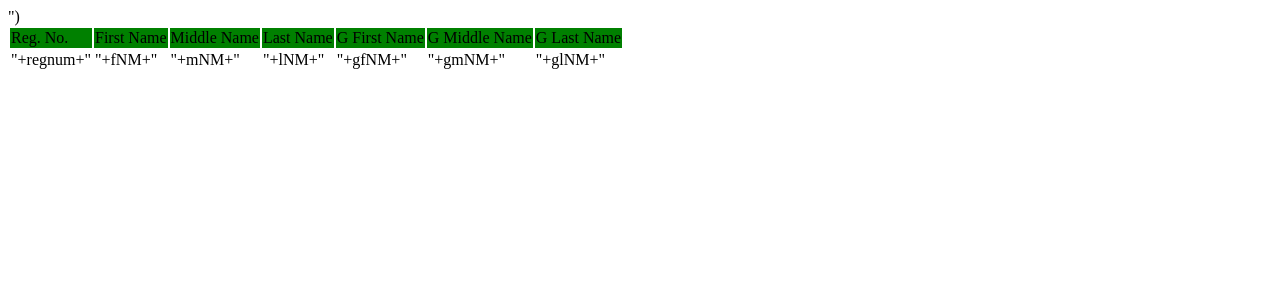
Repository: vishaldhardubey/Java-Programs-BridgeIT
Page: Maven/StudentInfoApplication/WebContent/studentinfo.html
These files come from the project's save history. The page is drawn as it stood at one moment and after the next save; the edit follows.
The browser window is 1280 px wide. The pictures show the whole page.

Above is the page before, as saved 2018-06-21 12:14:08.

After the next save:
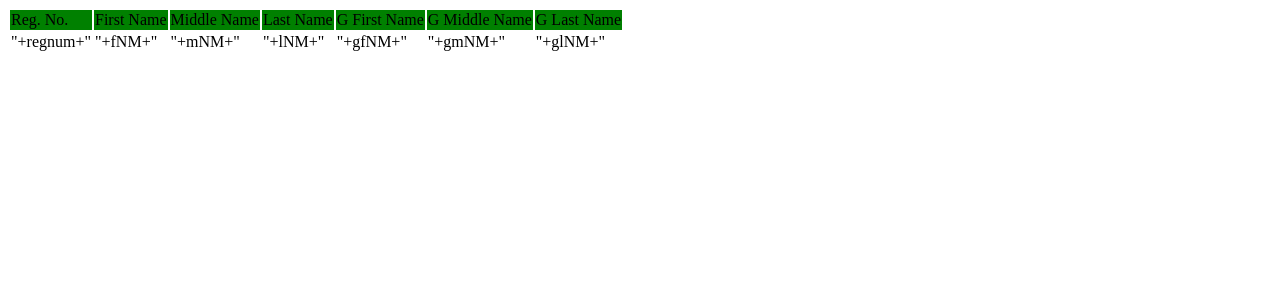
Saved 65 s later.
--- a/Maven/StudentInfoApplication/WebContent/studentinfo.html
+++ b/Maven/StudentInfoApplication/WebContent/studentinfo.html
@@ -5,7 +5,7 @@
 <title>Insert title here</title>
 </head>
 <body>
-<table>")
+<table>
 	<tr bgcolor="green">
 				<td>Reg. No.</td>
 				<td>First Name</td>
